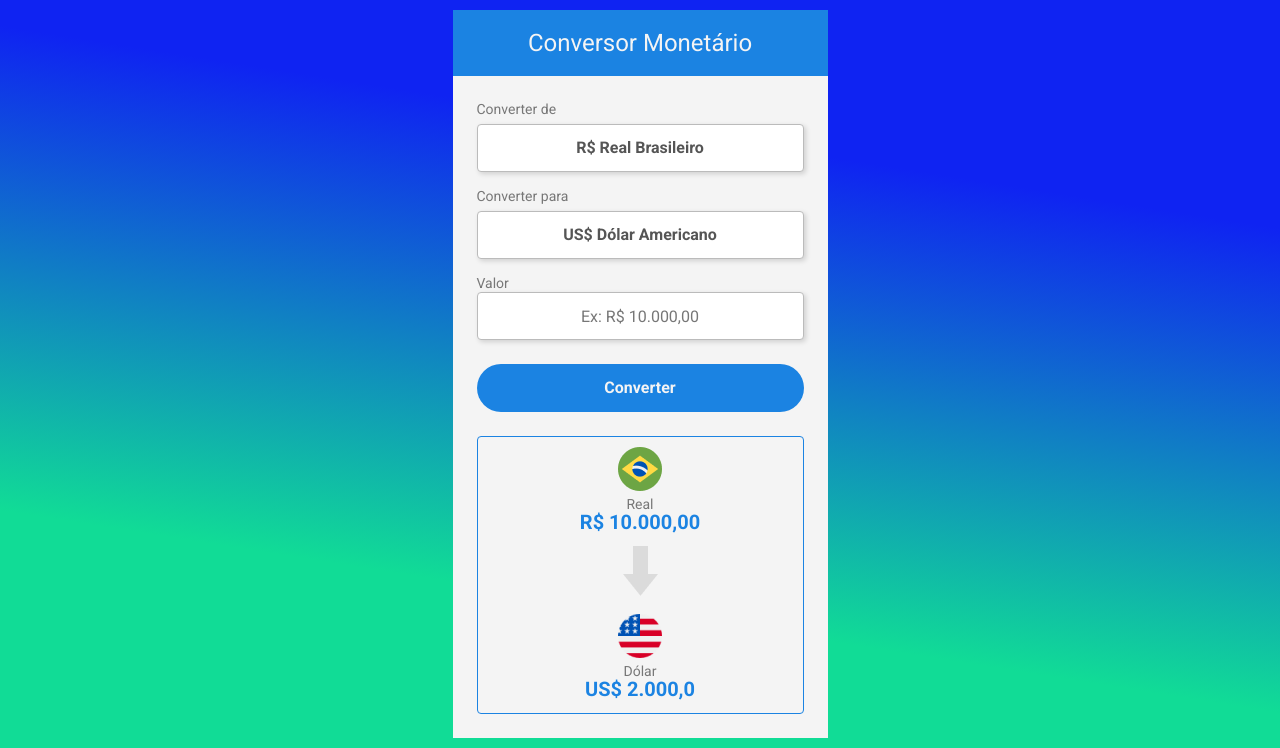
Repository: isayrous/coin-converter
Page: index.html
The author's editor kept a copy of each file at every save. The page is drawn from the files as they stood at one save, then again after the next save.
The browser window is 1280 px wide. The pictures show the whole page.

Above is the page before, as saved 2022-11-02 23:49:59.

### index.html
<!DOCTYPE html>
<html lang="pt-br">
<head>
    <meta charset="UTF-8">
    <meta http-equiv="X-UA-Compatible" content="IE=edge">
    <meta name="viewport" content="width=device-width, initial-scale=1.0">
    <link rel='stylesheet' href="./style.css">
    <link rel="preconnect" href="https://fonts.googleapis.com">
    <link rel="preconnect" href="https://fonts.gstatic.com" crossorigin>
    <link href="https://fonts.googleapis.com/css2?family=Roboto:wght@400;700&display=swap" rel="stylesheet">
    <title>Conversor Monetário</title>
</head>
<body>
    <div class="container">

        <header>
            <h1>Conversor Monetário</h1>
        </header>

        <main>
            <label>
                Converter <strong>de</strong>
                <select id="first-select">
                    <option>R$ Real Brasileiro</option>
                    <option>US$ Dólar Americano</option>
                    <option>Bitcoin</option>
                    <option>€ Euro</option>
                </select>
            </label>

            <label>
                Converter <strong>para</strong>
                <select id="seccond-select">
                    <option>US$ Dólar Americano</option>
                    <option>Bitcoin</option>
                    <option>€ Euro</option>
                    <option>R$ Real Brasileiro</option>
                </select>
            </label>

            <label>
                <b>Valor</b>
                <input id='values' placeholder="Ex: R$ 10.000,00">
            </label>

            <button id="button-converter" >Converter</button>

            <section>
                <div>
                    <img id="currency-img1" src="./assets/BRL.png">
                    <p id="first-currency">Real</p>
                    <p id="return-input1" class="value">R$ 10.000,00</p>
                </div>

                <img src="./assets/Vector.png"><br>

                <div>
                    <img id="currency-img2" src="./assets/USA.png">
                    <p id ="seccond-currency">Dólar</p>
                    <p id="return-input2" class="value">US$ 2.000,0</p>
                </div>

            </section>

        </main>

    </div>

</body>
<script src='./scripts.js'></script>
</html>

### style.css
* {
    padding: 0;
    margin: 0;
    box-sizing: border-box;
    font-family: 'Roboto', sans-serif;
    font-style: normal;
    font-weight: normal;
    line-height: 18px;
}

body{
    background: linear-gradient(189deg, rgba(15,35,242,1) 24%, rgba(17,220,150,1) 75%);
    width: 100%;
    height: 100%;
    display: flex;
    justify-content: center;
    padding: 10px;
}

.container {
    height: 100%;
    width: 375px;
    background-color: #F4F4F4;
}

header {
    background-color: #1b83e2;
    height: 66px;
    display: flex;
    justify-content: center;
    align-items: center;
}

h1 {
    font-size: 24px;
    color:#F4F4F4;

}

main {
    padding: 24px;
}

label{
    font-weight: 400;
    font-size: 14px;
    color: #777777;
    width: 375px;
}

select{
    width: 327px;
    height: 48px;
    background: #FFFFFF;
    border: 1px solid #BBBBBB;
    border-radius: 4px;
    font-weight: 700;
    font-size: 16px;
    color: #555555;
    text-align: center;
    display: block;
    cursor: pointer;
    outline: none;
    appearance: none;
    box-shadow: 2px 2px 5px 0px #00000026;
    margin-bottom: 15px;
    margin-top: 6px;
}

input{
    width: 327px;
    height: 48px;
    background: #FFFFFF;
    border: 1px solid #BBBBBB;
    border-radius: 4px;
    font-weight: 700;
    font-size: 16px;
    color: #555555;
    text-align: center;
    box-shadow: 2px 2px 5px 0px #00000026;
    outline: none;

}

button {
    background: #1B83E2;
    border-radius: 25px;
    height: 48px;
    width: 327px;
    font-weight: 700;
    font-size: 16px;
    color: #F4F4F4;
    margin: 24px 0px 24px;
    border: none;
    cursor: pointer;
}

button:hover {
    opacity: 0.8;
}

button:active {
    opacity: 0.7;
}

section{
    border: 1px solid #1B83E2;
    border-radius: 4px;
    padding-top: 10px;
    display: flex;
    flex-direction: column;
    align-items: center;
    text-align: center;
}

p {
    font-weight: 400;
    font-size: 14px;
    color: #777777;
}

.value {
    color: #1B83E2;
    font-weight: 700;
    font-size: 20px;
    margin-bottom: 15px;
}

input::placeholder{color: #777777;
    font-weight: 100;}


@media screen and (max-width: 900px){
    .container {
        height: 100%;
        width: 100%;
    }

    header {
        height: 50px;
    }

    h1 {
        font-size: 20px;
    }

    main {
        padding: 4%;
    }

    label{
        font-size: 0.8rem;
    }

    select{
        font-size: 1rem;
        color: #555555;
        margin-bottom: 10px;
    }

    input{
        font-size: 1rem;
    }

    button {
        font-size: 1rem;
    }

    p {
        font-weight: 700;
        font-size: 0.8rem;
        color: #777777;
    }

    .value {
        font-size: 1rem;
    }
}

### scripts.js
const convert = document.getElementById("button-converter")
const select2 = document.getElementById("seccond-select")
const select1 = document.getElementById("first-select")
/* REAL, DOLAR, BITCOIN , EURO */
const real = [5.16, 5.08]
const dolar = [0.19 , 0.98]
const euro = [0.20 , 1.02]
const bitcoin = [98137.74 , 19010.10 , 19269.79]


const convertvalue = () => {
    const input = document.getElementById("values").value
    const returninput1 = document.getElementById("return-input1")
    const returninput2 = document.getElementById("return-input2")
    /* RETURNS DO INPUT 1 */

    if (select1.value === 'R$ Real Brasileiro') {
        returninput1.innerHTML = new Intl.NumberFormat('pt-BR', {
            style: 'currency', currency: 'BRL'
        }).format(input)

        if (select2.value === 'US$ Dólar Americano') {
            returninput2.innerHTML = new Intl.NumberFormat('en-US', {
                style: 'currency', currency: 'USD'
            }).format(input * dolar[0])
        }
        else if (select2.value === '€ Euro') {
            returninput2.innerHTML = new Intl.NumberFormat('de-DE', {
                style: 'currency', currency: 'EUR'
            }).format(input * euro[0])
        }
        else if (select2.value === 'Bitcoin'){
            returninput2.innerHTML = (input / bitcoin[0]).toFixed(2)
        }
        else if (select2.value === 'R$ Real Brasileiro') {
            returninput2.innerHTML = new Intl.NumberFormat('pt-BR', {
                style: 'currency', currency: 'BRL'
            }).format(input)
        }
    }


    else if (select1.value === 'US$ Dólar Americano') {
        returninput1.innerHTML = new Intl.NumberFormat('en-US', {
            style: 'currency', currency: 'USD'
        }).format(input)

        if (select2.value === 'US$ Dólar Americano') {
            returninput2.innerHTML = new Intl.NumberFormat('en-US', {
                style: 'currency', currency: 'USD'
            }).format(input)
        }
        else if (select2.value === '€ Euro') {
            returninput2.innerHTML = new Intl.NumberFormat('de-DE', {
                style: 'currency', currency: 'EUR'
            }).format(input * euro[1])
        }
        else if (select2.value === 'Bitcoin'){
            returninput2.innerHTML = (input / bitcoin[1]).toFixed(2)
        }
        else if (select2.value === 'R$ Real Brasileiro') {
            returninput2.innerHTML = new Intl.NumberFormat('pt-BR', {
                style: 'currency', currency: 'BRL'
            }).format(input * real[0])
        }

    }

    else if (select1.value === '€ Euro') {
        returninput1.innerHTML = new Intl.NumberFormat('de-DE', {
            style: 'currency', currency: 'EUR'
        }).format(input)

        if (select2.value === 'US$ Dólar Americano') {
            returninput2.innerHTML = new Intl.NumberFormat('en-US', {
                style: 'currency', currency: 'USD'
            }).format(input * dolar[1])
        }
        else if (select2.value === '€ Euro') {
            returninput2.innerHTML = new Intl.NumberFormat('de-DE', {
                style: 'currency', currency: 'EUR'
            }).format(input)
        }
        else if (select2.value === 'Bitcoin'){
            returninput2.innerHTML = (input / bitcoin[1]).toFixed(2)
        }
        else if (select2.value === 'R$ Real Brasileiro') {
            returninput2.innerHTML = new Intl.NumberFormat('pt-BR', {
                style: 'currency', currency: 'BRL'
            }).format(input * real[1])
        }
    }

    else if (select1.value === 'Bitcoin') {
        returninput1.innerHTML = (input)

        if (select2.value === 'US$ Dólar Americano') {
            returninput2.innerHTML = new Intl.NumberFormat('en-US', {
                style: 'currency', currency: 'USD'
            }).format(input * bitcoin[1])
        }
        else if (select2.value === '€ Euro') {
            returninput2.innerHTML = new Intl.NumberFormat('de-DE', {
                style: 'currency', currency: 'EUR'
            }).format(input * bitcoin[2])
        }
        else if (select2.value === 'Bitcoin'){
            returninput2.innerHTML = (input)
        }
        else if (select2.value === 'R$ Real Brasileiro') {
            returninput2.innerHTML = new Intl.NumberFormat('pt-BR', {
                style: 'currency', currency: 'BRL'
            }).format(input * bitcoin[0])
        }


    }

}

const change2 = () => {
    const currencyName2 = document.getElementById("seccond-currency")
    const currencyImg2 = document.getElementById("currency-img2")

    if (select2.value === '€ Euro') {
        currencyName2.innerHTML = '€ Euro'
        currencyImg2.src = "./assets/EURO.png"
    } else if (select2.value === 'Bitcoin') {
        currencyName2.innerHTML = 'Bitcoin'
        currencyImg2.src = "./assets/BITCOIN.png"
    } else if (select2.value === 'US$ Dólar Americano') {
        currencyName2.innerHTML = 'Dólar'
        currencyImg2.src = "./assets/USA.png"
    } else if (select2.value === 'R$ Real Brasileiro') {
        currencyName2.innerHTML = 'Real'
        currencyImg2.src = "./assets/BRL.png"
    }

    convertvalue()
}

const change1 = () => {
    const currencyName1 = document.getElementById("first-currency")
    const currencyImg1 = document.getElementById("currency-img1")

    if (select1.value === '€ Euro') {
        currencyName1.innerHTML = '€ Euro'
        currencyImg1.src = "./assets/EURO.png"
    } else if (select1.value === 'Bitcoin') {
        currencyName1.innerHTML = 'Bitcoin'
        currencyImg1.src = "./assets/BITCOIN.png"
    } else if (select1.value === 'US$ Dólar Americano') {
        currencyName1.innerHTML = 'Dólar'
        currencyImg1.src = "./assets/USA.png"
    } else if (select1.value === 'R$ Real Brasileiro') {
        currencyName1.innerHTML = 'Real'
        currencyImg1.src = "./assets/BRL.png"
    }
    convertvalue()

}

convert.addEventListener('click', convertvalue)
select1.addEventListener('change', change1)
select2.addEventListener('change', change2)

After the next save:
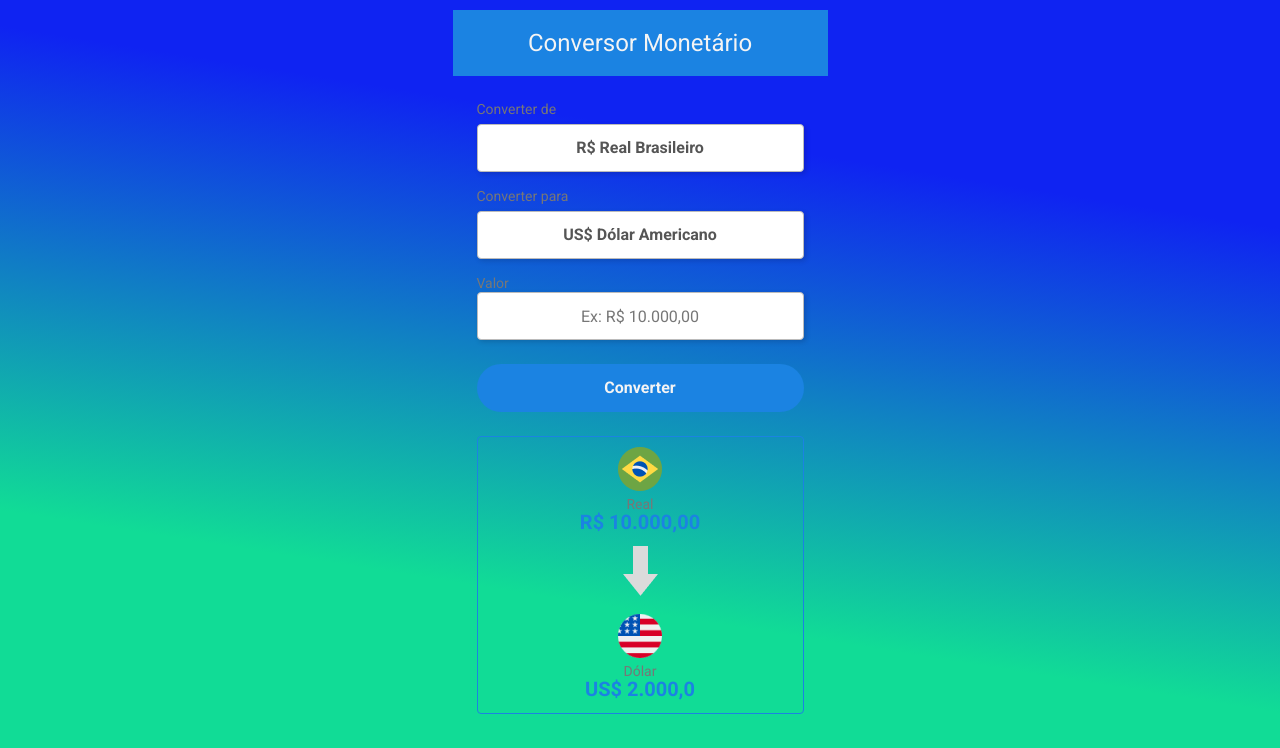
Saved 52 s later.
--- a/style.css
+++ b/style.css
@@ -20,7 +20,6 @@ body{
 .container {
     height: 100%;
     width: 375px;
-    background-color: #F4F4F4;
 }
 
 header {
@@ -34,7 +33,6 @@ header {
 h1 {
     font-size: 24px;
     color:#F4F4F4;
-
 }
 
 main {
